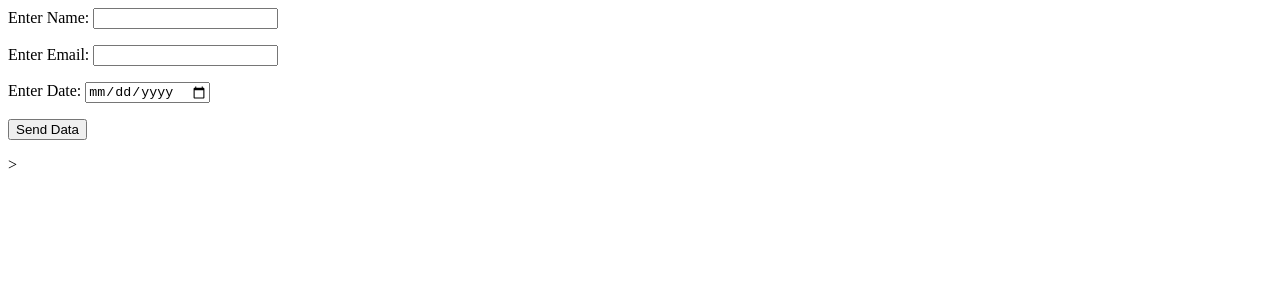
Repository: ace-archer/CIS261
Page: http://localhost/Week2Test.php
The author's editor kept a copy of each file at every save. The page is drawn from the files as they stood at one save, then again after the next save.
The browser window is 1280 px wide. The pictures show the whole page.
The page is run by PHP 8.4 with error messages shown; the project is at /var/www/html/.

Above is the page before, as saved 2016-02-03 01:13:24.

### Week2/Week2PHP/Week2Test.php
<html>
	<body>
		<form action="Week2_Part2.php" method = "post">
			<p>Enter Name: <input type="text" name="txtName"></p>
			<p>Enter Email: <input type="email" name="txtEmail"></p>
			<p>Enter Date: <input type="date" name="txtDate"></p>
			<input type="submit" value="Send Data"></input>

		</form>>
	</body>
</html>

After the next save:
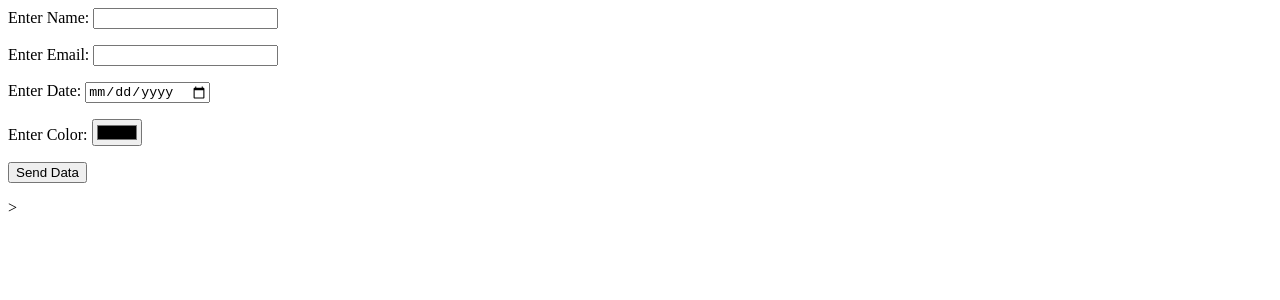
Saved 6 min 51 s later.
--- a/Week2/Week2PHP/Week2Test.php
+++ b/Week2/Week2PHP/Week2Test.php
@@ -4,6 +4,7 @@
 			<p>Enter Name: <input type="text" name="txtName"></p>
 			<p>Enter Email: <input type="email" name="txtEmail"></p>
 			<p>Enter Date: <input type="date" name="txtDate"></p>
+			<p>Enter Color: <input type="color" name="txtColor"></p>
 			<input type="submit" value="Send Data"></input>
 
 		</form>>
